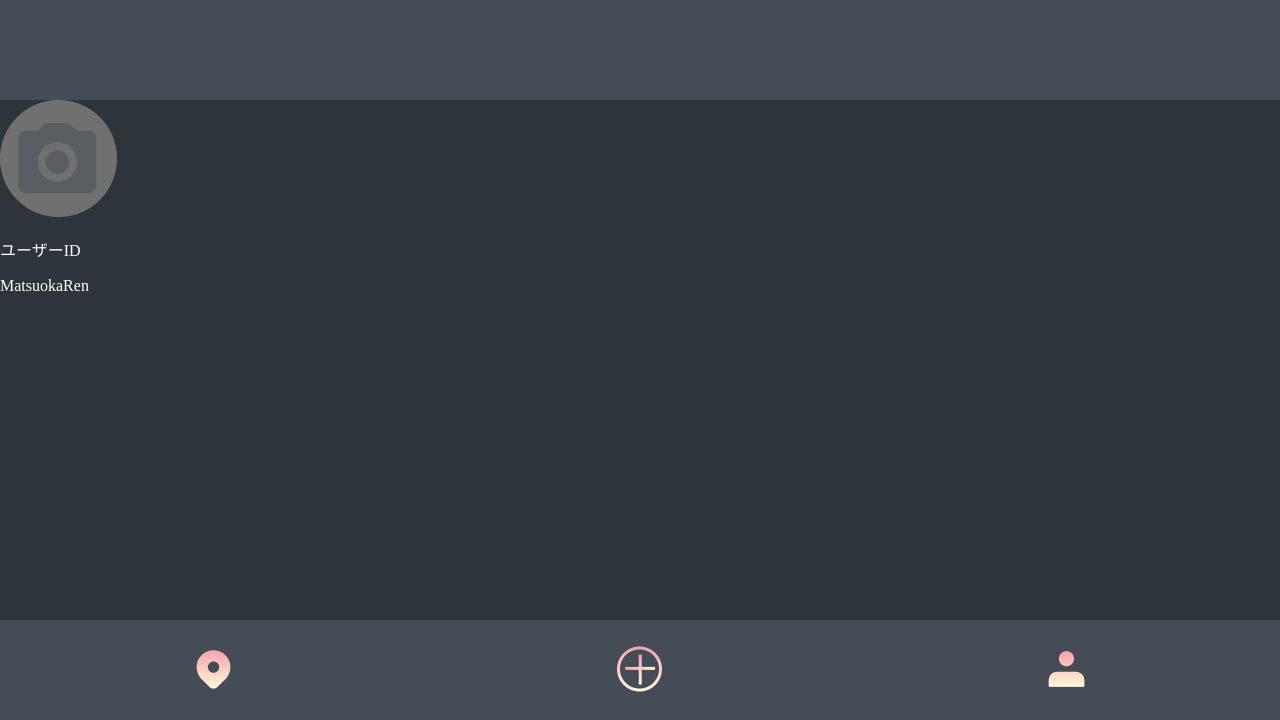
Repository: ren0714poo/respos
Page: edit.html
An editor plug-in stored every save of this project. The page is shown before and after the next save, followed by the edit.
The browser window is 1280 px wide. The pictures show the whole page.

Above is the page before, as saved 2025-07-17 13:49:04.

After the next save:
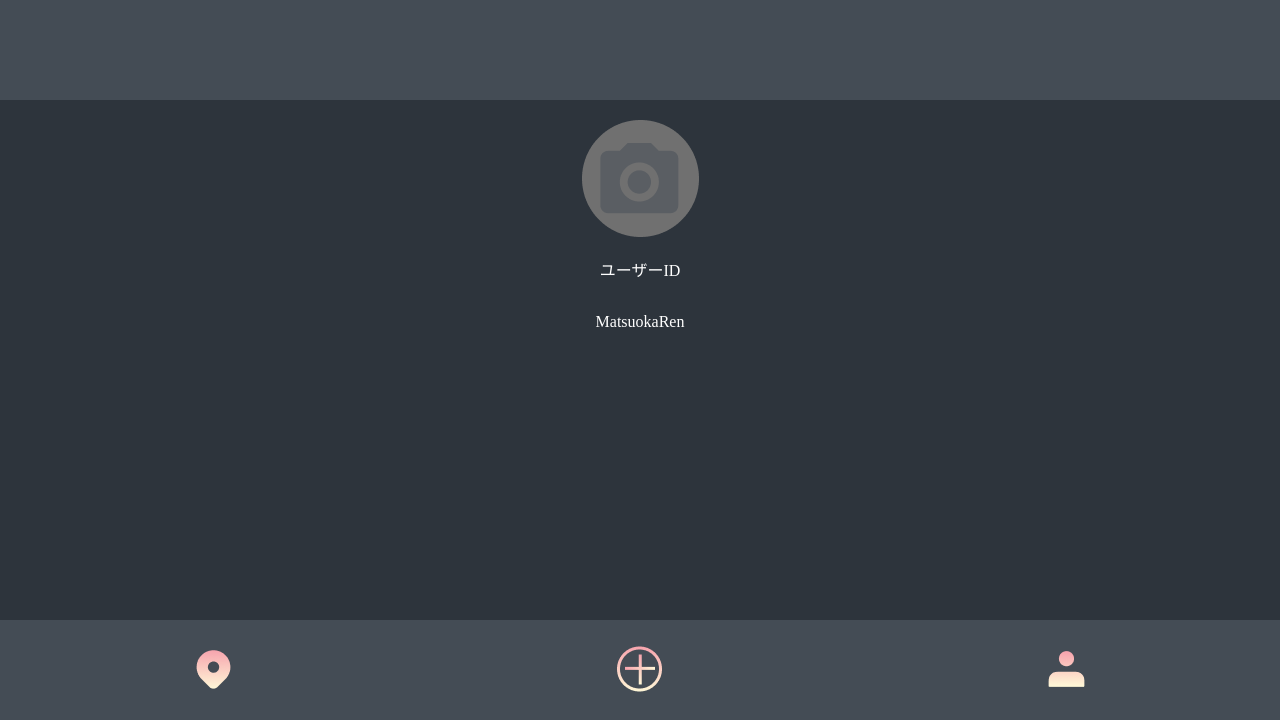
Saved 84 s later.
--- a/css/edit.css
+++ b/css/edit.css
@@ -37,10 +37,16 @@ main{
   grid-area: main;
 }
 
-.edit_img{
-  display: block;
-  justify-content: center;
+.edit {
+  display: flex;
+  flex-direction: column;
+  align-items: center;
 }
+
+.edit_img {
+  margin-top: 20px;
+}
+
 
 
 
